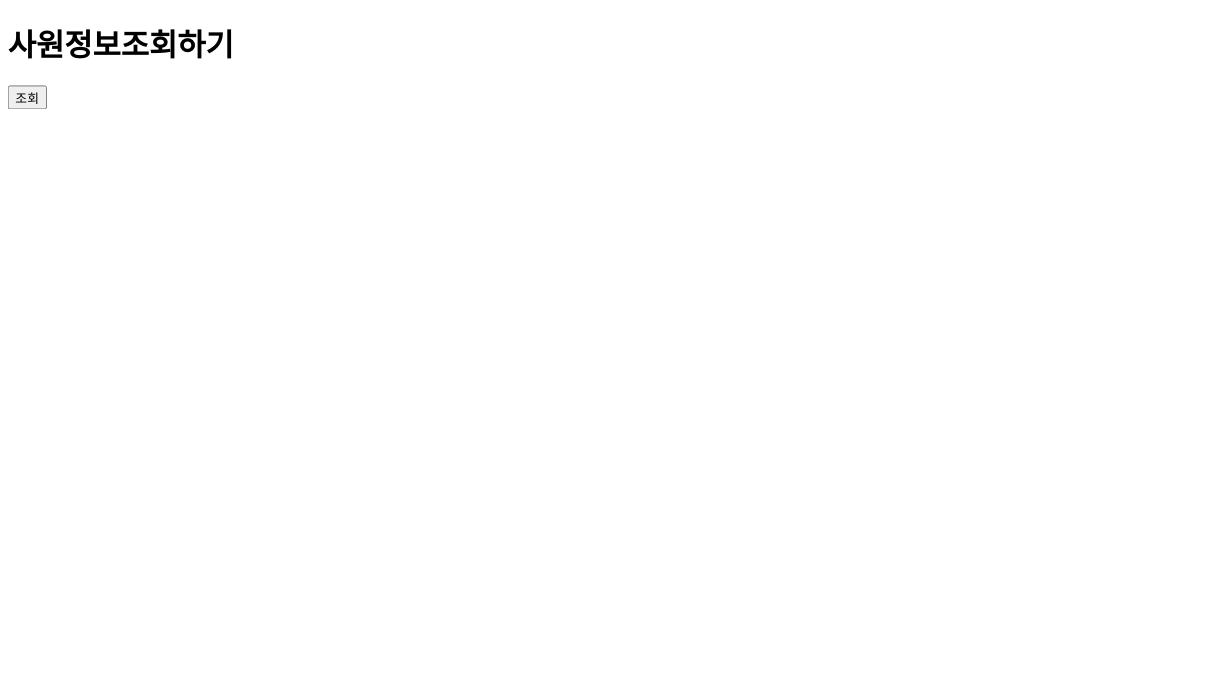
Repository: Junvelop/hkdevelope
Page: Downloads/back_end_edu20240624-master (1)/front_end_20240627/src/main/webapp/4.jq/jq05_ajax_비동기구현.html
An editor plug-in stored every save of this project. The page is shown before and after the next save, followed by the edit.
The browser window is 1280 px wide. The pictures show the whole page, at 96% of full size.
After loading, the first visible `#emp_search` was clicked once.

Above is the page before, as saved 2024-09-02 07:50:10.

After the next save:
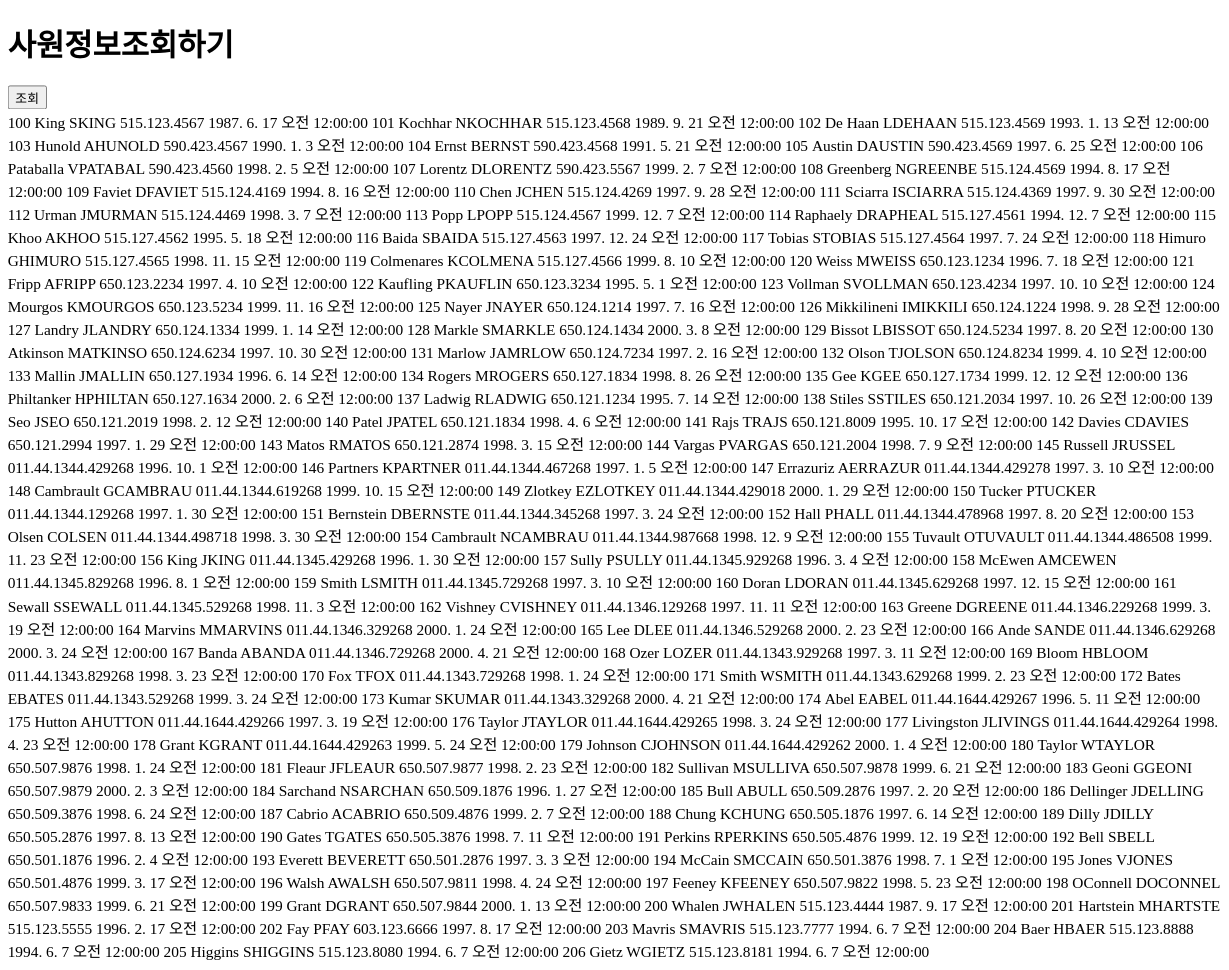
Saved 5 min 15 s later.
--- a/Downloads/back_end_edu20240624-master (1)/front_end_20240627/src/main/webapp/4.jq/jq05_ajax_비동기구현.html
+++ b/Downloads/back_end_edu20240624-master (1)/front_end_20240627/src/main/webapp/4.jq/jq05_ajax_비동기구현.html
@@ -32,10 +32,23 @@
 						//받은 데이터로 화면에 어떻게 렌더링할지 코드 작성 부분
 		//				alert(data.querySelectorAll("EMPLOYEE_ID")[0].textContent);
 						alert($(data).find("LAST_NAME").eq(0).text());
+						var emplist = $(data);
+
+						for (var i = 0; i < emplist.find("ROW").length; i++) {
+							for (var j = 0; j < emplist.eq(i).children().length; j++) {
+								$("div").append
+								(emplist.eq(i).children().eq(j).text());
+
+							}
+
+						}
+
+						emplist.find("ROW")
 					},
 					error:function(request,error){
 						alert("통신실패 : " + request.status + "," + error);
 					}
+
 
 			}); // 달러가 제이쿼리를 나타내는 특수문자이기 때문에 이렇게 사용함 == jquery.ajax();
 		});
@@ -45,6 +58,7 @@
 <body>
 <h1>사원정보조회하기</h1>
 <button type = "button" id  = "emp_search">조회</button>
+<div></div>
 
 </body>
 </html>
